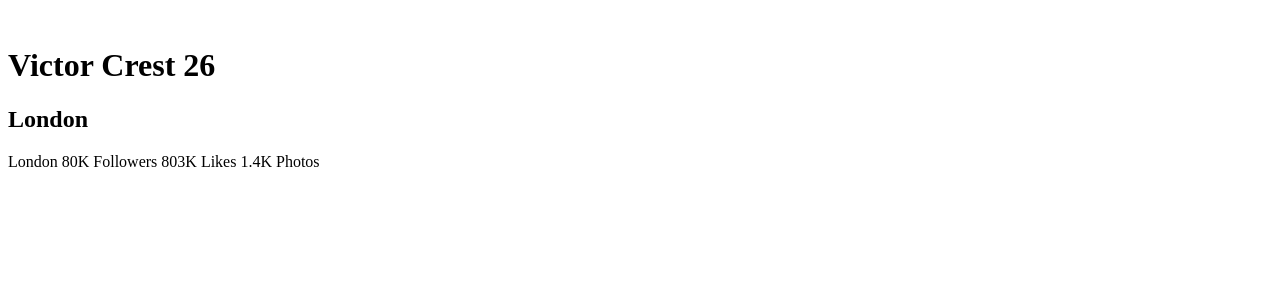
Repository: shayanabedi98/profile-card-component
Page: index.html
An editor plug-in stored every save of this project. The page is shown before and after the next save, followed by the edit.
The browser window is 1280 px wide. The pictures show the whole page.

Above is the page before, as saved 2023-09-27 11:46:22.

### index.html
<!DOCTYPE html>
<html lang="en">
<head>
  <meta charset="UTF-8">
  <meta name="viewport" content="width=device-width, initial-scale=1.0">
  <link rel="icon" type="image/png" sizes="32x32" href="./images/favicon-32x32.png">
  <link rel="stylesheet" href="./styles.css">
  <title>Frontend Mentor | Profile card component</title>

</head>
<body>
  <div class="grid-container">
    <div class="card">
      <div class="banner">
      </div>
      <div class="profile">
        <img src="" alt="">
        <h1>Victor Crest <span>26</span></h1>
        <h2>London</h2>
      </div>
    </div>
  </div>
  London

  80K
  Followers

  803K
  Likes

  1.4K
  Photos
  <div class="attribution">
  </div>
</body>
</html>

Loaded but not shown: styles.css (no stored copy; drawn as an empty file)

After the next save:
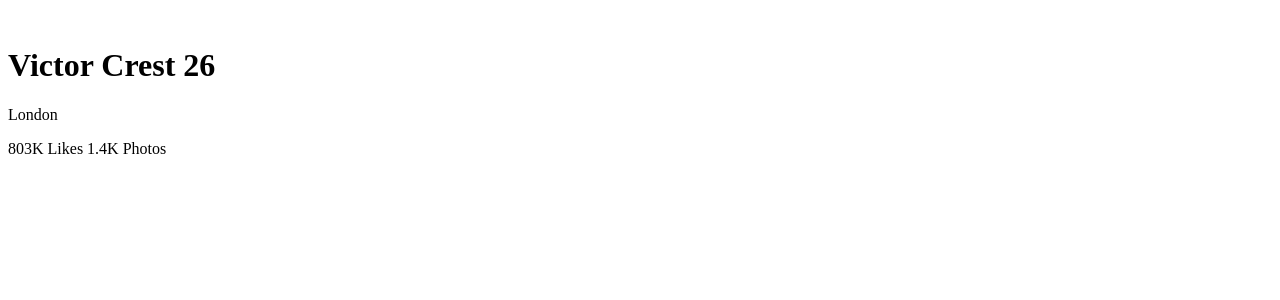
Saved 31 s later.
--- a/index.html
+++ b/index.html
@@ -16,14 +16,14 @@
       <div class="profile">
         <img src="" alt="">
         <h1>Victor Crest <span>26</span></h1>
-        <h2>London</h2>
+        <p>London</p>
+      </div>
+      <div class="stats">
+
       </div>
     </div>
   </div>
-  London
 
-  80K
-  Followers
 
   803K
   Likes
